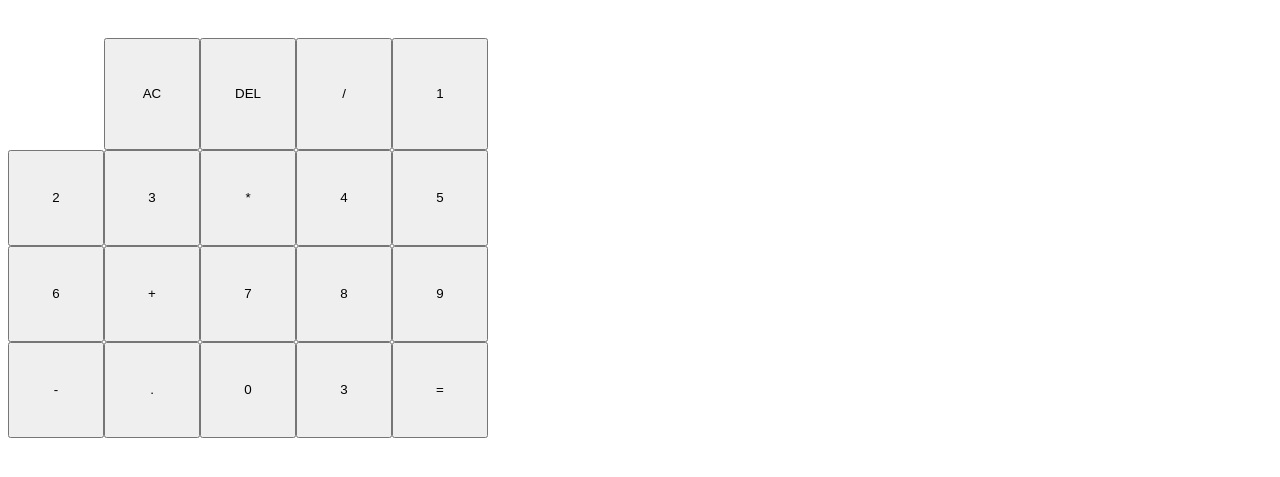
Repository: khadergw/calculator
Page: / (app in calculator/)
These files come from the project's save history. The page is drawn as it stood at one moment and after the next save; the edit follows.
The browser window is 1280 px wide. The pictures show the whole page.
The project was rebuilt for these pictures with package versions that can differ from the ones it lists, and the page was loaded fresh each time. Also part of the build but not shown: calculator/src/App.css.

Above is the page before, as saved 2022-09-10 23:16:00.

### calculator/src/App.js
import './App.css';
import './styles.css';

function App() {
  return (
    <div className="CalGrid">
      <div className='output'>
        <div className='prevOper'></div>
        <div className='currOper'></div>
      </div>
      <button className='wider'>AC</button>
      <button>DEL</button>
      <button>/</button>
      <button>1</button>
      <button>2</button>
      <button>3</button>
      <button>*</button>
      <button>4</button>
      <button>5</button>
      <button>6</button>
      <button>+</button>
      <button>7</button>
      <button>8</button>
      <button>9</button>
      <button>-</button>
      <button>.</button>
      <button>0</button>
      <button>3</button>
      <button className='wider'>=</button>


    </div>
  );
}

export default App;

### calculator/src/styles.css
.CalGrid {
  display: grid;
  margin-top: 3%;
  grid-template-columns: repeat(5, 6rem);
  grid-template-rows: minmax(7rem, auto) repeat(5, 6rem);
}

Loaded but not shown: calculator/public/index.html (common file); calculator/src/index.js (common file)

After the next save:
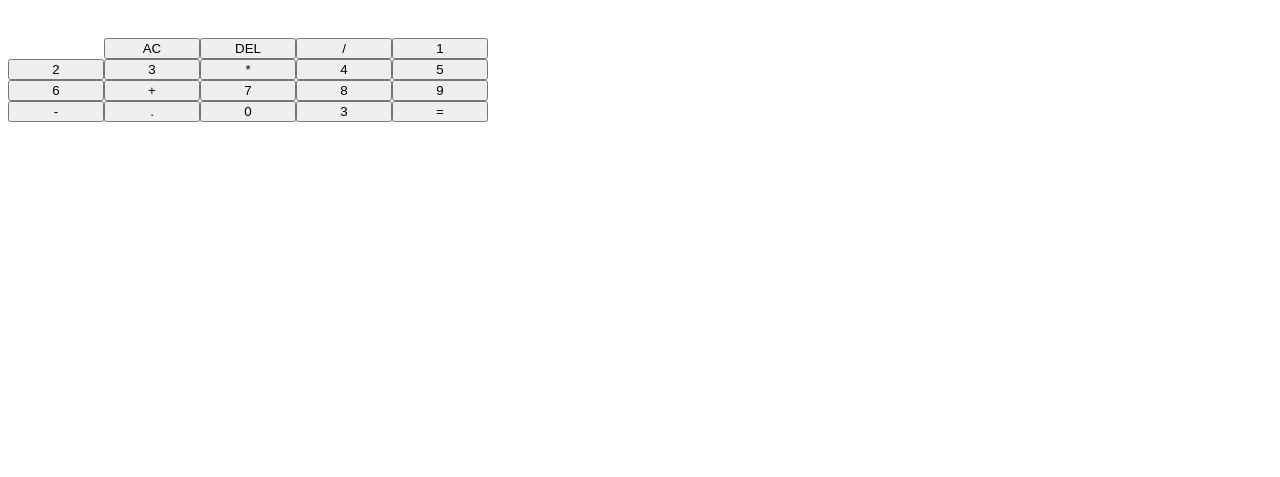
Saved 20 s later.
--- a/calculator/src/styles.css
+++ b/calculator/src/styles.css
@@ -2,5 +2,4 @@
   display: grid;
   margin-top: 3%;
   grid-template-columns: repeat(5, 6rem);
-  grid-template-rows: minmax(7rem, auto) repeat(5, 6rem);
 }
